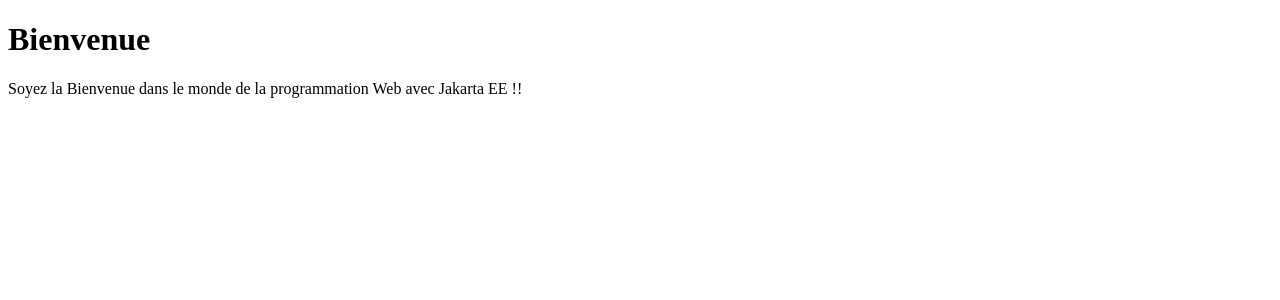
Repository: ibrahimadiagneseck/jakarta-ee
Page: test/src/main/webapp/login.html
These files come from the project's save history. The page is drawn as it stood at one moment and after the next save; the edit follows.
The browser window is 1280 px wide. The pictures show the whole page.

Above is the page before, as saved 2023-12-12 10:09:41.

After the next save:
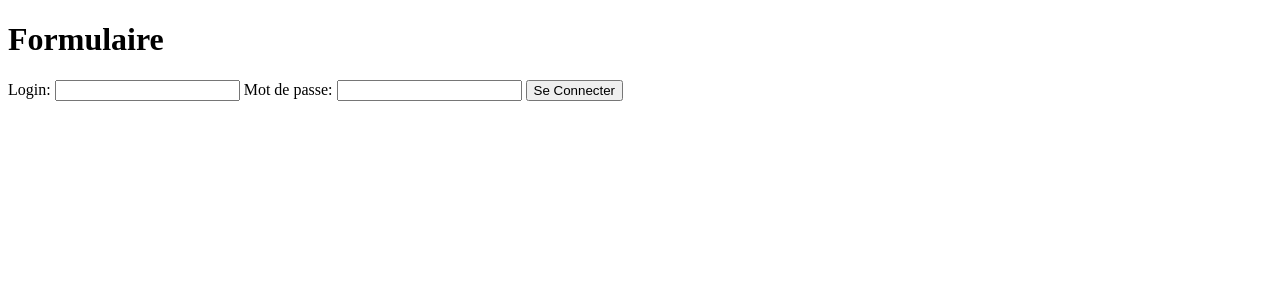
Saved 98 s later.
--- a/test/src/main/webapp/login.html
+++ b/test/src/main/webapp/login.html
@@ -5,7 +5,15 @@
 <title>Acceuil</title>
 </head>
 <body>
-     <h1>Bienvenue</h1>
-     <p> Soyez la Bienvenue dans le monde de la programmation Web avec Jakarta EE !! </p>
+     <h1>Formulaire</h1>
+     <form action="#" method="post">
+        <label for="login">Login:</label>
+        <input type="text" id="login" name="login" required>
+
+        <label for="password">Mot de passe:</label>
+        <input type="password" id="password" name="password" required>
+
+        <button type="submit">Se Connecter</button>
+    </form>
 </body>
 </html>
